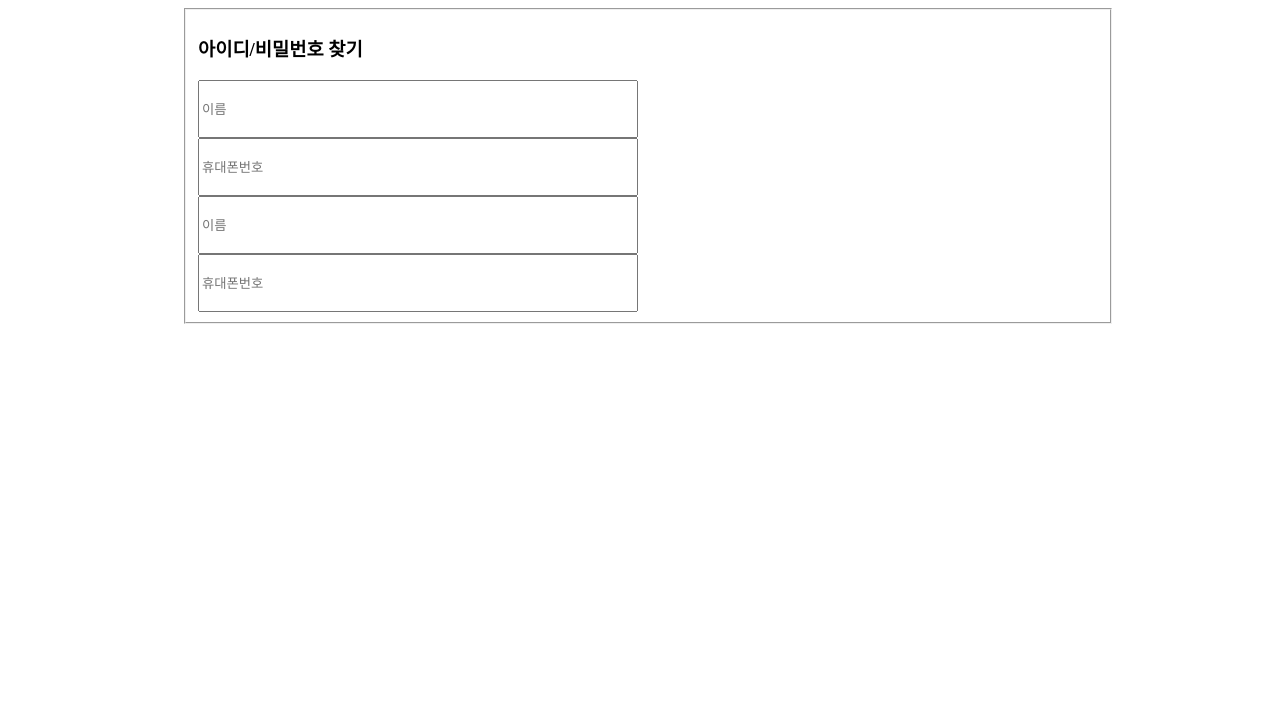
Repository: agheha/trillion
Page: YH/study_project/html/find.html
These files come from the project's save history. The page is drawn as it stood at one moment and after a run of saves; the edit follows.
The browser window is 1280 px wide. The page is 1288 px wide, so the pictures cover 1288 px, including what lies to the right of the window. The pictures show the whole page.

Above is the page before, as saved 2019-09-04 19:01:15.

### YH/study_project/html/find.html
<!DOCTYPE html>
<html lang="en">
<head>
    <meta charset="UTF-8">
    <meta name="viewport" content="width=device-width, initial-scale=1.0">
    <meta http-equiv="X-UA-Compatible" content="ie=edge">
    <title>Document</title>
    <link rel="stylesheet" href="./../css/find.css">
</head>
<body>
    <div>
        <fieldset>
            <form action="">
                <h3>아이디/비밀번호 찾기</h3>
                    <div class="row"></div>
                    <div>
                        <input class="form_find"type="text" id="name" placeholder="이름">
                        <div>
                            <input class="form_find"type="text" id="pass" placeholder="휴대폰번호">
                        </div>
                    </div>
                    <div>
                        <input class="form_find"type="text" id="name" placeholder="이름">
                        <div>
                            <input class="form_find"type="text" id="pass" placeholder="휴대폰번호">
                        </div>
                    </div>
                    <!-- <span>
                        <input class="form_find"type="text" id="name" placeholder="이름">
                        <div>
                            <input class="form_find"type="text" id="pass" placeholder="휴대폰번호">
                        </div>
                    </span>
                    <span>
                        <input class="form_find"type="text" id="name" placeholder="이름">
                        <div>
                            <input class="form_find"type="text" id="pass" placeholder="휴대폰번호">
                        </div>
                    </span> -->

                    <span></span>
                    <div class="row"></div>
            </form>

            </form>
        </fieldset>
    </div>
</body>
</html>

### YH/study_project/css/find.css
html,body {
    width: 100%;
    height: 100%;
}
fieldset {
    width : 900px;
    margin : 0 auto;

}
.form_find {
    width : 48%;
    height: 52px;
}
span {
    width : 25%;
}

After the next 3 saves:
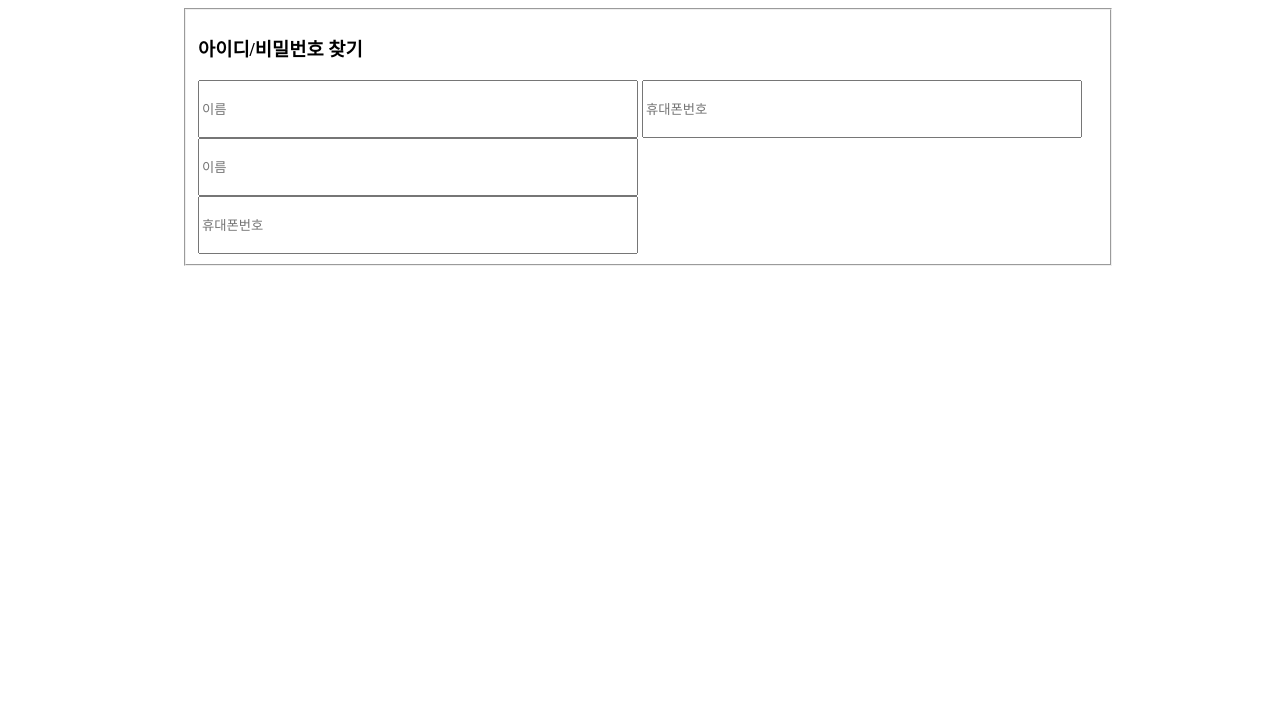
The 3 saves are shown as one change because they came seconds apart.
The last was saved 4 min 14 s later.
--- a/YH/study_project/html/find.html
+++ b/YH/study_project/html/find.html
@@ -15,9 +15,9 @@
                     <div class="row"></div>
                     <div>
                         <input class="form_find"type="text" id="name" placeholder="이름">
-                        <div>
-                            <input class="form_find"type="text" id="pass" placeholder="휴대폰번호">
-                        </div>
+
+                         <input class="form_find"type="text" id="pass" placeholder="휴대폰번호">
+
                     </div>
                     <div>
                         <input class="form_find"type="text" id="name" placeholder="이름">
